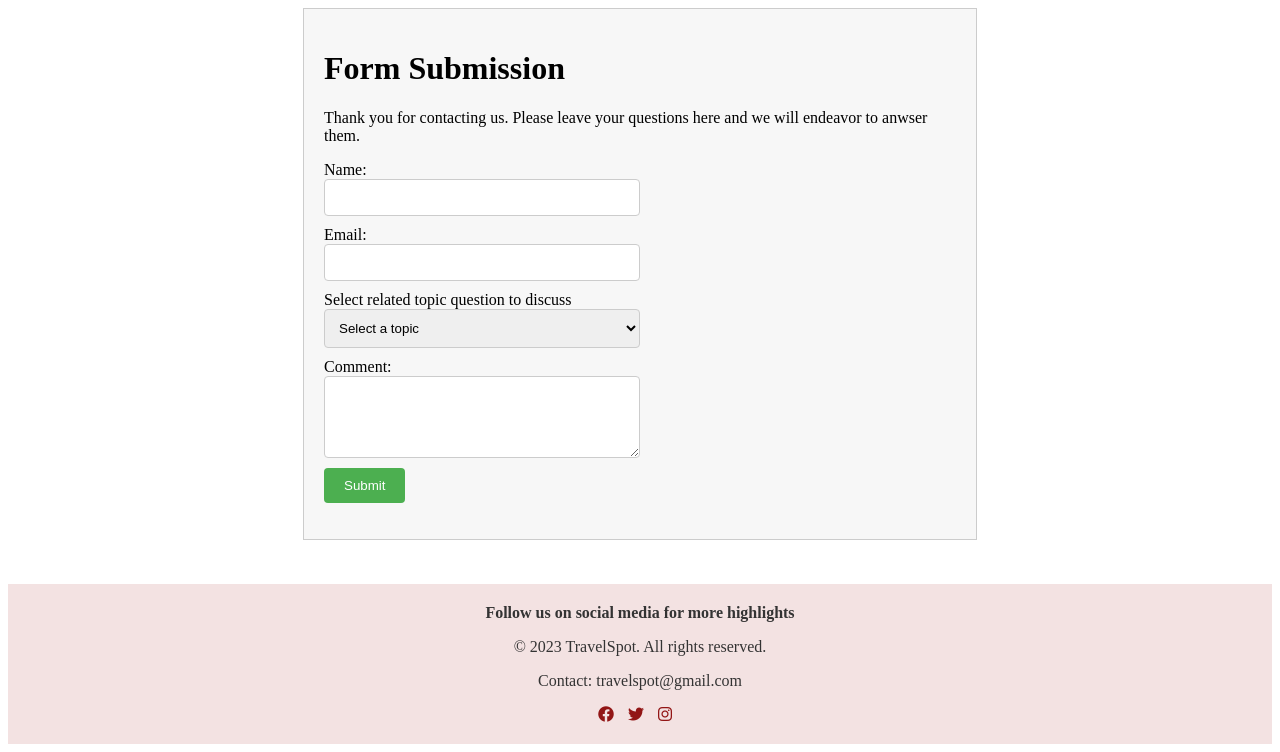
Repository: vRia4/INST728J-Victoria-Nathaniel
Page: Project/info.html
An editor plug-in stored every save of this project. The page is shown before and after the next save, followed by the edit.
The browser window is 1280 px wide. The pictures show the whole page.

Above is the page before, as saved 2023-08-11 15:42:47.

### Project/info.html
<html>
	<head>
		<title>Contact Us</title>
		<link rel="stylesheet" href="https://cdnjs.cloudflare.com/ajax/libs/font-awesome/6.0.0-beta3/css/all.min.css">
    	<script type = "text/javascript">

			function validate() {

				if( document.myForm.flName.value == "" ) {
					alert( "Please provide your first name!" );
					document.myForm.flName.focus() ;
					return false;
				}
				if( document.myForm.Email.value == "" ) {
					alert( "Please provide your Email!" );
					document.myForm.Email.focus() ;
					return false;
				}
				if( document.myForm.topic.value == "-1" ) {
					alert( "Please provide your country!" );
					return false;
				}
				return( true );
                if( document.myForm.comment.value == "" ) {
					alert( "Please provide your comment!" );
					document.myForm.comment.focus() ;
					return false;
				}
			}
		</script>
		<style>
			/* html{
				background-image: url(image/sub.png);
				background-size: cover;
				background-repeat: no-repeat;
				height: 100vh;
			} */
			/* h1, .text1, th, td, table {
				margin-top: 20px;
				padding : 10px;
				margin-left: 15%;
			} */

			h2{
				font-family: "Helvetica Neue",Helvetica,Arial;
				font-size: 14px;
			}

			/* footer {
					background-color: #f3e2e2;
					padding: 20px;
					text-align: center;
					color: #333;
					font-size: 14px;
					margin-top: 20.5%;
					width: 100%;
					margin-right: 20%;
					padding-right: 0px;
				}

			/*footer .icons {
				margin-top: 0%;
			} */

            footer{
                background-color: #f3e2e2;
                max-width: 100%;
                /* padding-left: 1%; */
            }

			footer .icons a {
				color: #921515;
				margin-right: 10px;
			}

            .form-container {
            width: 50%;
            margin: 0 auto;
            padding: 20px;
            border: 1px solid #ccc;
            background-color: #f7f7f7;
        }

        /* Styles for input fields */
        .form-input {
            width: 50%;
            padding: 10px;
            margin-bottom: 10px;
            /* margin-left: 10%; */
            border: 1px solid #ccc;
            border-radius: 4px;
        }

        /* Style the submit button */
        .form-submit {
            background-color: #4CAF50;
            color: white;
            padding: 10px 20px;
            border: none;
            border-radius: 4px;
            cursor: pointer;
        }

        /* Style the submit button on hover */
        .form-submit:hover {
            background-color: #45a049;
        }
		</style>
   </head>

   <body >

		<div class="form-container">
            <h1>Form Submission</h1>
            <p class="text1">Thank you for contacting us. Please leave your questions here and we will endeavor to anwser them.</p>

            <form action = "welcome.html" name = "myForm" onsubmit = "return(validate());">
                <label for="name">Name:</label><br>
                <input type="text" id="name" name="flName" class="form-input" required><br>

                <label for="email">Email:</label><br>
                <input type="email" id="email" name="Email" class="form-input" required><br>

                <label for="message">Select related topic question to discuss</label><br>
                <select name = "topic" class="form-input">
                    <option value = "-1" selected>Select a topic</option>
                    <option value = "1">Australia</option>
                    <option value = "2">Canada</option>
                    <option value = "3">France</option>
                    <option value = "4">Germany</option>
                    <option value = "5">Georgia</option>
                    <option value = "6">Mexico</option>
                    <option value = "7">Spain</option>
                    <option value = "8">UK</option>
                    <option value = "9">USA</option>
                </select><br>

                <label for="message">Comment:</label><br>
                <textarea id="message" name="comment" class="form-input" rows="4" required></textarea><br>

                <input type="submit" value="Submit" class="form-submit">
            </form>
        </div>

		<footer align="center" style="margin-top: 3.5%; padding: 20px; color: #333;">
			<div><strong>Follow us on social media for more highlights</strong></div>
			<p>&copy; 2023 TravelSpot. All rights reserved.</p>
			<p>Contact: travelspot@gmail.com</p>

			<div class="icons">
				<a href="https://www.facebook.com" title="Facebook"><i class="fab fa-facebook"></i></a>
				<a href="https://www.twitter.com" title="Twitter"><i class="fab fa-twitter"></i></a>
				<a href="https://www.instagram.com" title="Instagram"><i class="fab fa-instagram"></i></a>
			</div>
		</footer>
   	</body>
</html>

After the next save:
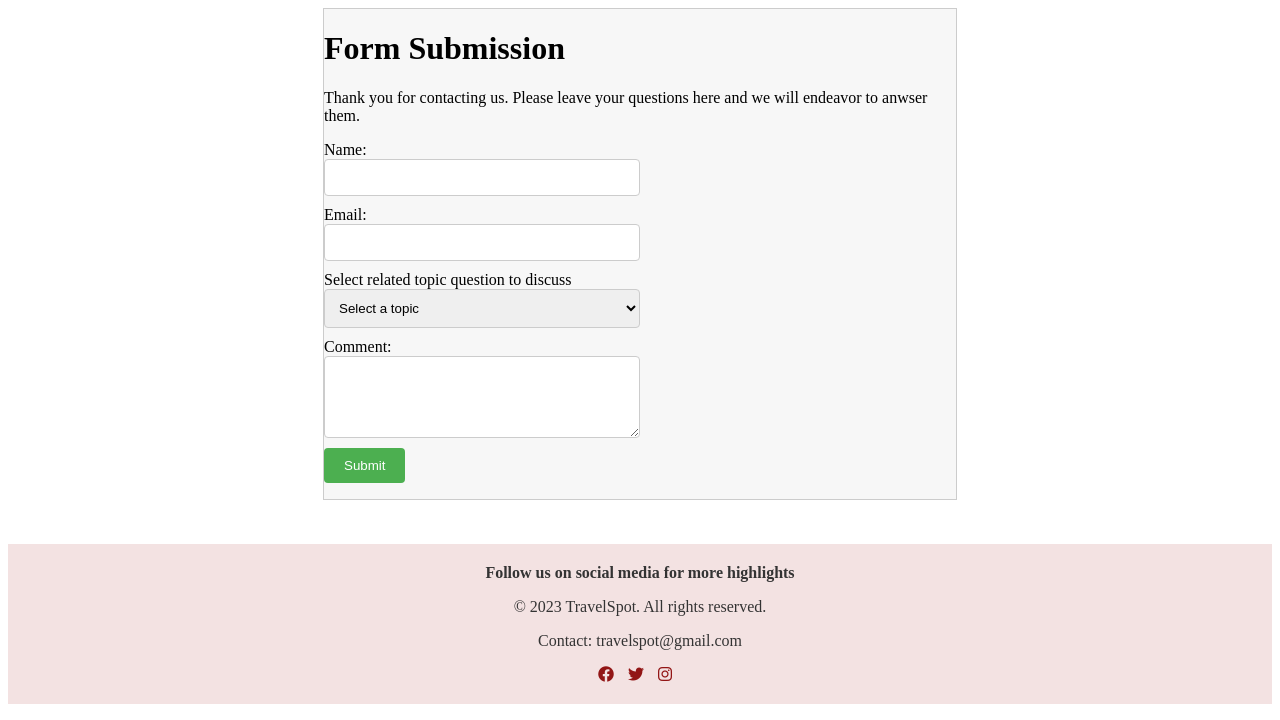
Saved 7 s later.
--- a/Project/info.html
+++ b/Project/info.html
@@ -76,7 +76,7 @@
             .form-container {
             width: 50%;
             margin: 0 auto;
-            padding: 20px;
+            /* padding: 20px; */
             border: 1px solid #ccc;
             background-color: #f7f7f7;
         }
